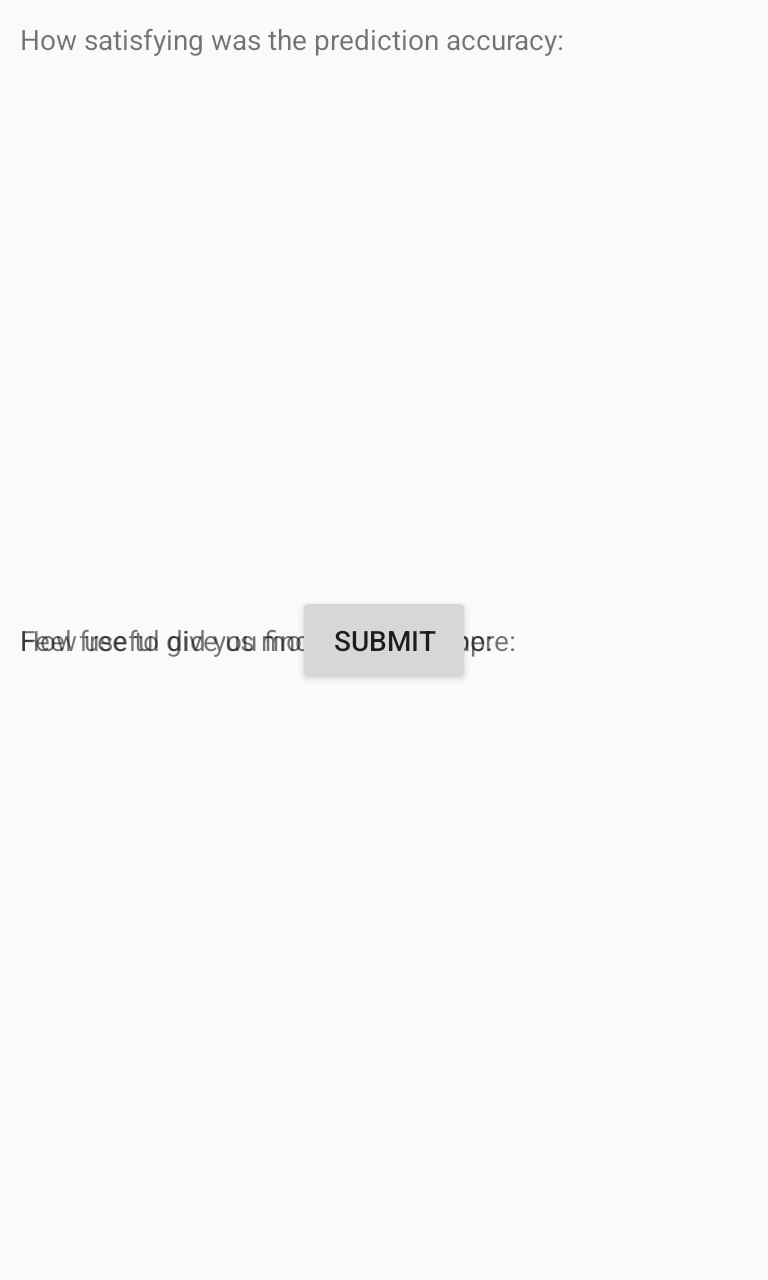
Repository: hessfr/contextRecognition
Layout: androidProjects/ContextRecognition/res/layout/activity_rating.xml
These files come from the project's save history. The layout is drawn as it stood at one moment and after the next save; the edit follows.
It is drawn on a 768 x 1280 px phone screen (xhdpi) without system bars, with theme AppTheme; the app's code is not run.

Above is the layout before, as saved 2014-05-30 07:24:17.

After the next save:
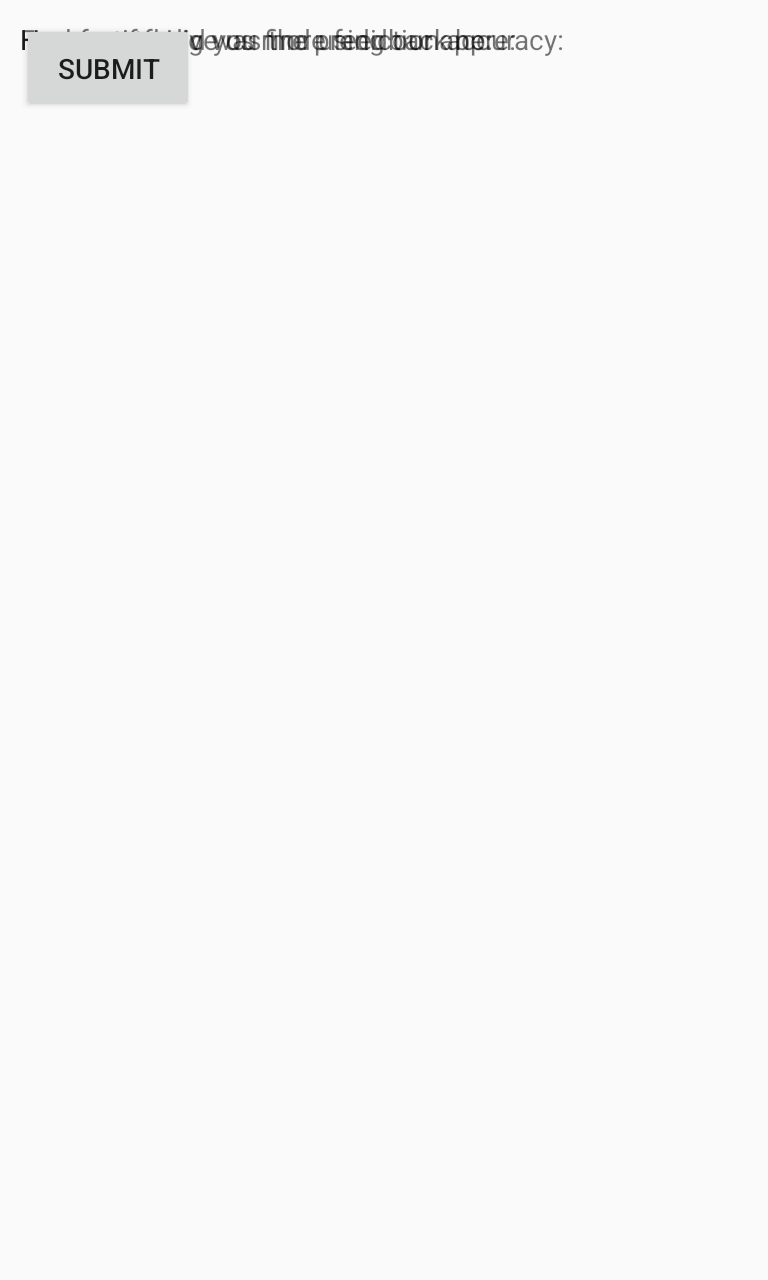
Saved 10 s later.
--- a/androidProjects/ContextRecognition/res/layout/activity_rating.xml
+++ b/androidProjects/ContextRecognition/res/layout/activity_rating.xml
@@ -16,19 +16,19 @@
 
 	    <TextView android:layout_width="fill_parent"
 	        android:layout_height="wrap_content"
-	        android:layout_centerInParent="true"
+	        android:layout_centerHorizontal="True"
 	        android:text="@string/rating_useful"/>
 
 	    <TextView android:layout_width="fill_parent"
 	        android:layout_height="wrap_content"
-	        android:layout_centerInParent="true"
+	        android:layout_centerHorizontal="True"
 	        android:text="@string/rating_free_text"/>
 
 	    <Button
 	        android:id="@+id/button1"
 	        android:layout_width="wrap_content"
 	        android:layout_height="wrap_content"
-	        android:layout_centerInParent="true"
+	        android:layout_centerHorizontal="True"
 	        android:text="@string/rating_submit_button" />
 
     </RelativeLayout>
